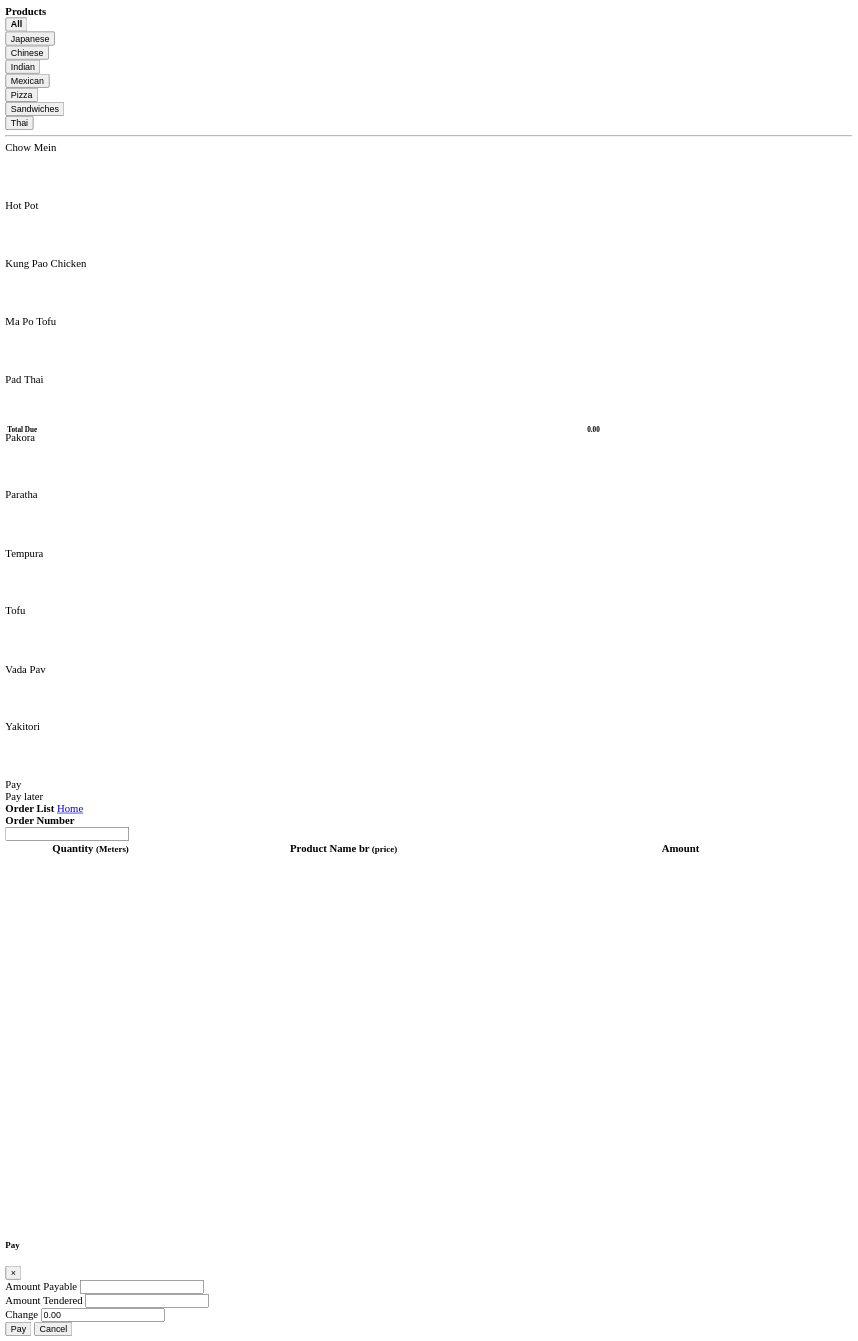
Repository: JyrossC/POS-PHP
Page: http://localhost/POS System/billing/home.php
An editor plug-in stored every save of this project. The page is shown before and after a run of saves, followed by the edit.
The browser window is 1280 px wide. The pictures show the whole page, at 67% of full size.
The page is run by PHP 8.4 with error messages shown; the project is at /var/www/html/. The database holds what the project's SQL file puts in it.

Above is the page before, as saved 2024-09-04 14:01:26.
Console error: ReferenceError: $ is not defined

### POS System/billing/home.php
<?php include '../db_connect.php' ?><!--  Orginal Author Name: Mayuri K.
 for any PHP, Codeignitor, Laravel OR Python work contact me at mayuri.infospace@gmail.com
 Visit website : www.mayurik.com -->
<style>
   span.float-right.summary_icon {
    font-size: 3rem;
    position: absolute;
    right: 1rem;
    top: 0;
}
    .bg-gradient-primary{
        background: rgb(119,172,233);
        background: linear-gradient(149deg, rgba(119,172,233,1) 5%, rgba(83,163,255,1) 10%, rgba(46,51,227,1) 41%, rgba(40,51,218,1) 61%, rgba(75,158,255,1) 93%, rgba(124,172,227,1) 98%);
    }
    .btn-primary-gradient{
        background: linear-gradient(to right, #1e85ff 0%, #00a5fa 80%, #00e2fa 100%);
    }
    .btn-danger-gradient{
        background: linear-gradient(to right, #f25858 7%, #ff7840 50%, #ff5140 105%);
    }
    main .card{
        height:calc(100%);
    }
    main .card-body{
        height:calc(100%);
        overflow: auto;
        padding: 5px;
        position: relative;
    }
    main .container-fluid, main .container-fluid>.row,main .container-fluid>.row>div{
        /*height:calc(100%);*/
    }
    #o-list{
        height: calc(87%);
        overflow: auto;
    }
    #calc{
        position: absolute;
        bottom: 1rem;
        height: calc(10%);
        width: calc(98%);
    }
    .prod-item{
        min-height: 12vh;
        cursor: pointer;
    }
    .prod-item:hover{
        opacity: .8;
    }
    .prod-item .card-body {
        display: flex;
        justify-content: center;
        align-items: center;

    }
    input[name="qty[]"]{
        width: 30px;
        text-align: center
    }
    input::-webkit-outer-spin-button,
    input::-webkit-inner-spin-button {
      -webkit-appearance: none;
      margin: 0;
    }
    #cat-list{
        /*height: calc(100%)*/
    }
    .cat-item{
        cursor: pointer;
    }
    .cat-item:hover{
        opacity: .8;
    }
</style>
<?php
if(isset($_GET['id'])):
$order = $conn->query("SELECT * FROM orders where id = {$_GET['id']}");
foreach($order->fetch_array() as $k => $v){
    $$k= $v;
}
$items = $conn->query("SELECT o.*,p.name FROM order_items o inner join products p on p.id = o.product_id where o.order_id = $id ");
endif;
?>
<div class="container-fluid o-field">
	<div class="row mt-3 ml-3 mr-3">

        <div class="col-lg-8  p-field">
            <div class="card ">
                <div class="card-header text-dark">
                    <b>Products</b>
                </div>
                <div class="card-body row" id='prod-list'>
                    <div class="col-md-12">
                      <!--    <b>Category</b> -->
                        <div class=" row justify-content-start align-items-center" id="cat-list">
                            <div class="mx-3 cat-item" data-id = 'all'>
                                <button class="btn btn-warning"><b class="text-white">All</b></button>
                            </div>
                            <?php
                            $qry = $conn->query("SELECT * FROM categories order by name asc");
                            while($row=$qry->fetch_assoc()):
                            ?>
                            <div class="mx-3 cat-item"  data-id = '<?php echo $row['id'] ?>'>
                                <button class="btn btn-success"><?php echo ucwords($row['name']) ?></button>
                            </div>
                            <?php endwhile; ?>
                        </div>

                        <hr>
                        <div class="row">
                            <?php
                            $prod = $conn->query("SELECT * FROM products where status = 1 order by name asc");
                            while($row=$prod->fetch_assoc()):
                            ?>
                            <div class="col-md-2 mb-2">
                                <div class="prod-item text-center " data-json = '<?php echo json_encode($row) ?>' data-category-id="<?php echo $row['category_id'] ?>">
                                    <!-- <img src="../assets/uploads/" class="rounded" width="100%"> -->
                                        <span>
                                            <?php echo $row['name'] ?>
                                        </span>
                                </div>
                            </div>
                        <?php endwhile; ?>
                        </div>
                    </div>
                </div>
            <div class="card-footer">
                <div class="row justify-content-center">
                    <div class="btn btn btn-sm col-sm-3 btn-success mr-2" type="button" id="pay">Pay</div>
                    <div class="btn btn btn-sm col-sm-3 btn-warning" type="button" id="save_order">Pay later</div>
                </div>
            </div>
            </div>
        </div>
          <div class="col-lg-4">
           <div class="card">
                <div class="card-header text-dark">
                    <b>Order List</b>
                <span class="float:right"><a class="btn btn-success btn-sm col-sm-3 float-right" href="../index.php" id="">
                    <i class="fa fa-home"></i> Home
                </a></span>
                </div>
               <div class="card-body">
            <form action="" id="manage-order">
                <input type="hidden" name="id" value="<?php echo isset($_GET['id']) ? $_GET['id'] : '' ?>">
                <div class="bg-white" id='o-list'>
                            <div class="d-flex w-100 bg-white mb-1">
                                <label for="" class="text-dark"><b>Order Number</b></label>
                            </div>
                            <input type="number" class="form-control-sm" name="order_number" value="<?php echo isset($order_number) ? $order_number : '' ?>" required>
                   <table class="table bg-light mb-5" >
                        <colgroup>
                            <col width="20%">
                            <col width="40%">
                            <col width="40%">
                            <col width="5%">
                        </colgroup>
                       <thead>
                           <tr>
                               <th>Quantity <small>(Meters)</small></th>
                               <th>Product Name br<small> (price)</small></th>
                               <th>Amount</th>
                               <th></th>
                           </tr>
                       </thead>
                       <tbody>
                           <?php
                                if(isset($items)):
                           while($row=$items->fetch_assoc()):
                           ?>
                           <tr>
                               <td>
                                   <div class="d-flex align-items-center justify-content-center">
                                        <span class=   " btn-minus"><b> </b></span>
                                        <input type="number" name="qty[]" id="" value="<?php echo $row['qty'] ?>">
                                        <span class="btn-plus"><b></b></span>
                                   </div>
                                </td>
                                <td>
                                    <input type="hidden" name="item_id[]" id="" value="<?php echo $row['id'] ?>">
                                    <input type="hidden" name="product_id[]" id="" value="<?php echo $row['product_id'] ?>"><?php echo ucwords($row['name']) ?>
                                    <small class="psmall"> (<?php echo number_format($row['price'],2) ?>)</small>
                                </td>
                                <td class="text-right">
                                    <input type="hidden" name="price[]" id="" value="<?php echo $row['price'] ?>">
                                    <input type="hidden" name="amount[]" id="" value="<?php echo $row['amount'] ?>">
                                    <span class="amount"><?php echo number_format($row['amount'],2) ?></span>
                                </td>
                                <td>
                                    <span class=" btn-rem"><b><i class="fa fa-trash-alt"></i></b></span>
                                </td>
                           </tr>
                           <script>
                               $(document).ready(function(){
                                 qty_func()
                                    calc()
                                    cat_func();
                               })
                           </script>
                       <?php endwhile; ?>
                       <?php endif; ?>
                       </tbody>
                   </table>
                </div>
                   <div class="d-block bg-white" id="calc">
                       <table class="" width="100%">
                           <tbody>
                                <tr>
                                   <td class="text-danger"><b><h6>Total Due</h6></b></td>
                                   <td class="text-right">
                                       <input type="hidden" name="total_amount" value="0">
                                       <input type="hidden" name="total_tendered" value="0">
                                       <span class="text-danger"><h6><b id="total_amount">0.00</b></h6></span>
                                   </td>
                               </tr>
                           </tbody>
                       </table>
                   </div>
            </form>
               </div>
           </div>
        </div>
    </div>
</div>
<div class="modal fade" id="pay_modal" role='dialog'>
    <div class="modal-dialog modal-dialog-centered modal-md" role="document">
      <div class="modal-content">
        <div class="modal-header">
        <h5 class="modal-title"><b>Pay</b></h5>
         <button type="button" class="close" data-dismiss="modal" aria-label="Close">
          <span aria-hidden="true">&times;</span>
        </button>
      </div>
      <div class="modal-body">
        <div class="container-fluid">
            <div class="form-group">
                <label for="">Amount Payable</label>
                <input type="number" class="form-control text-right" id="apayable" readonly="" value="">
            </div>
            <div class="form-group">
                <label for="">Amount Tendered</label>
                <input type="text" class="form-control text-right" id="tendered" value="" autocomplete="off">
            </div>
            <div class="form-group">
                <label for="">Change</label>
                <input type="text" class="form-control text-right" id="change" value="0.00" readonly="">
            </div>
        </div>
      </div>
      <div class="modal-footer">
        <button type="submit" class="btn btn-primary btn-sm"  form="manage-order">Pay</button>
        <button type="button" class="btn btn-secondary btn-sm" data-dismiss="modal">Cancel</button>
      </div>
      </div>
    </div>
  </div>
<script>
    var total;
    cat_func();
   $('#prod-list .prod-item').click(function(){
        var data = $(this).attr('data-json')
            data = JSON.parse(data)
        if($('#o-list tr[data-id="'+data.id+'"]').length > 0){
            var tr = $('#o-list tr[data-id="'+data.id+'"]')
            var qty = tr.find('[name="qty[]"]').val();
                qty = parseInt(qty) + 1;
                qty = tr.find('[name="qty[]"]').val(qty).trigger('change')
                calc()
            return false;
        }
        var tr = $('<tr class="o-item"></tr>')
        tr.attr('data-id',data.id)
        tr.append('<td><div class="d-flex align-items-center"><span class="btn-minus"><b></i></b></span><input type="number" name="qty[]" id="" value="1"><span class=" btn-plus"><b></b></span></div></td>')


        tr.append('<td><input type="hidden" name="item_id[]" id="" value=""><input type="hidden" name="product_id[]" id="" value="'+data.id+'">'+data.name+' <small class="psmall">('+(parseFloat(data.price).toLocaleString("en-US",{style:'decimal',minimumFractionDigits:2,maximumFractionDigits:2}))+')</small></td>')


        tr.append('<td class="text-right"><input type="hidden" name="price[]" id="" value="'+data.price+'"><input type="hidden" name="amount[]" id="" value="'+data.price+'"><span class="amount">'+(parseFloat(data.price).toLocaleString("en-US",{style:'decimal',minimumFractionDigits:2,maximumFractionDigits:2}))+'</span></td>')


        tr.append('<td><span class="btn-rem"><b><i class="fa fa-trash-alt text"></i></b></span></td>')
        $('#o-list tbody').append(tr)
        qty_func()
        calc()
        cat_func();
   })
    function qty_func(){
         $('#o-list .btn-minus').click(function(){
            var qty = $(this).siblings('input').val()
                qty = qty > 1 ? parseInt(qty) - 1 : 1;
                $(this).siblings('input').val(qty).trigger('change')
                calc()
         })
         $('#o-list .btn-plus').click(function(){
            var qty = $(this).siblings('input').val()
                qty = parseInt(qty) + 1;
                $(this).siblings('input').val(qty).trigger('change')
                calc()
         })
         $('#o-list .btn-rem').click(function(){
            $(this).closest('tr').remove()
            calc()
         })

    }
    function calc(){
         $('[name="qty[]"]').each(function(){
            $(this).change(function(){
                var tr = $(this).closest('tr');
                var qty = $(this).val();
                var price = tr.find('[name="price[]"]').val()
                var amount = parseFloat(qty) * parseFloat(price);
                    tr.find('[name="amount[]"]').val(amount)
                    tr.find('.amount').text(parseFloat(amount).toLocaleString("en-US",{style:'decimal',minimumFractionDigits:2,maximumFractionDigits:2}))

            })
         })
         var total = 0;
         $('[name="amount[]"]').each(function(){
            total = parseFloat(total) + parseFloat($(this).val())
         })
            console.log(total)
        $('[name="total_amount"]').val(total)
        $('#total_amount').text(parseFloat(total).toLocaleString("en-US",{style:'decimal',minimumFractionDigits:2,maximumFractionDigits:2}))
    }
   function cat_func(){
    $('.cat-item').click(function(){
            var id = $(this).attr('data-id')
            console.log(id)
            if(id == 'all'){
                $('.prod-item').parent().toggle(true)
            }else{
                $('.prod-item').each(function(){
                    if($(this).attr('data-category-id') == id){
                        $(this).parent().toggle(true)
                    }else{
                        $(this).parent().toggle(false)
                    }
                })
            }
    })
   }
   $('#save_order').click(function(){
    $('#tendered').val('').trigger('change')
    $('[name="total_tendered"]').val('')
    $('#manage-order').submit()
   })
   $("#pay").click(function(){
    start_load()
    var amount = $('[name="total_amount"]').val()
    if($('#o-list tbody tr').length <= 0){
        alert_toast("Please add atleast 1 product first.",'danger')
        end_load()
        return false;
    }
    $('#apayable').val(parseFloat(amount).toLocaleString("en-US",{style:'decimal',minimumFractionDigits:2,maximumFractionDigits:2}))
    $('#pay_modal').modal('show')
    setTimeout(function(){
        $('#tendered').val('').trigger('change')
        $('#tendered').focus()
        end_load()
    },500)

   })
   $('#tendered').keyup('input',function(e){
        if(e.which == 13){
            $('#manage-order').submit();
            return false;
        }
        var tend = $(this).val()
            tend =tend.replace(/,/g,'')
        $('[name="total_tendered"]').val(tend)
        if(tend == '')
            $(this).val('')
        else
            $(this).val((parseFloat(tend).toLocaleString("en-US")))
        tend = tend > 0 ? tend : 0;
        var amount=$('[name="total_amount"]').val()
        var change = parseFloat(tend) - parseFloat(amount)
        $('#change').val(parseFloat(change).toLocaleString("en-US",{style:'decimal',minimumFractionDigits:2,maximumFractionDigits:2}))
   })

    $('#tendered').on('input',function(){
        var val = $(this).val()
        val = val.replace(/[^0-9 \,]/, '');
        $(this).val(val)
    })
    $('#manage-order').submit(function(e){
        e.preventDefault();
        start_load()
        $.ajax({
            url:'../ajax.php?action=save_order',
            method:'POST',
            data:$(this).serialize(),
            success:function(resp){
                if(resp > 0){
                    if($('[name="total_tendered"]').val() > 0){
                        alert_toast("Data successfully saved.",'success')
                        setTimeout(function(){
                            var nw = window.open('../receipt.php?id='+resp,"_blank","width=900,height=600")
                            setTimeout(function(){
                                nw.print()
                                setTimeout(function(){
                                    nw.close()
                                    location.reload()
                                },500)
                            },500)
                        },500)
                    }else{
                        alert_toast("Data successfully saved.",'success')
                        setTimeout(function(){
                            location.reload()
                        },500)
                    }
                }
            }
        })
    })
</script>

### POS System/db_connect.php
<?php

$conn= new mysqli('localhost','root','','shop_pos')or die("Could not connect to mysql".mysqli_error($con));

?>

### database/pos.sql (the tables this page reads)
CREATE TABLE `categories` (
  `id` int(30) NOT NULL,
  `name` varchar(200) NOT NULL,
  `description` text NOT NULL
) ENGINE=InnoDB DEFAULT CHARSET=utf8mb4;

INSERT INTO `categories` (`id`, `name`, `description`) VALUES
(1, 'Chinese', 'Chinese Items'),
(2, 'Mexican', 'Mexican Items'),
(3, 'Pizza', 'Pizza Items'),
(4, 'Indian', 'Indian items'),
(5, 'Sandwiches', 'Sandwiches Types'),
(6, ' Japanese', ' Japanese Items'),
(9, 'Thai', 'Thai Items');

ALTER TABLE `categories`
  ADD PRIMARY KEY (`id`);

ALTER TABLE `categories`
  MODIFY `id` int(30) NOT NULL AUTO_INCREMENT, AUTO_INCREMENT=10;

CREATE TABLE `products` (
  `id` int(30) NOT NULL,
  `category_id` int(30) NOT NULL,
  `name` varchar(200) NOT NULL,
  `description` text NOT NULL,
  `price` float NOT NULL,
  `status` tinyint(1) NOT NULL DEFAULT 1 COMMENT '0=Unavailable,1=Available'
) ENGINE=InnoDB DEFAULT CHARSET=utf8mb4;

INSERT INTO `products` (`id`, `category_id`, `name`, `description`, `price`, `status`) VALUES
(1, 1, 'Chow Mein', 'Chow mein is a Chinese dish made from stir-fried noodles with vegetables and sometimes meat', 300, 1),
(2, 1, 'Hot Pot', 'a communal meal that involves a pot filled with broth constantly simmered by a heat source underneath', 352, 1),
(3, 1, 'Kung Pao Chicken', 'Kung Pao chicken, also transcribed Gong Bao or Kung Po, is a spicy, stir-fried Chinese dish made with cubes of chicken, peanuts, vegetables, and chili peppers.', 520, 1),
(4, 1, 'Ma Po Tofu', 'Mapo tofu is a popular Chinese dish from Sichuan province. ', 450, 1),
(5, 6, 'Tofu', 'The Japanese eat it alone, as if it were meat or cheese. Another popular way of eating tofu is to serve it fried.', 452, 1),
(6, 6, 'Tempura', 'A simple and traditional tempura batter is typically made of ice water, flour, and egg yolks.', 443, 1),
(7, 6, 'Yakitori', 'This type is usually served with a sweet tare sauce, and depending on the region, it can also come with raw egg yolk for dipping.', 452, 1),
(8, 4, 'Pakora', 'Pakoras are made by coating ingredients, usually vegetables, in a spiced batter, then deep frying them. ', 452, 1),
(9, 4, 'Vada Pav', 'Vada pav, alternatively spelt wada pao, is a vegetarian fast food dish native to the Indian state of Maharashtra. ', 50, 1),
(10, 4, 'Paratha', 'Paratha is a flatbread native to South Asia, prevalent throughout the modern-day nations of India, Sri Lanka, Pakistan, Nepal, Bangladesh, Maldives, Afghanistan, Myanmar, Malaysia, Singapore, Mauritius, Fiji, Guyana, Suriname, and Trinidad and Tobago where wheat is the traditional staple.', 80, 1),
(11, 9, 'Pad Thai', 'Pad thai, phat thai, or phad thai, is a stir-fried rice noodle dish commonly served as a street food in Thailand as part of the countrys cuisine.', 452, 1);

ALTER TABLE `products`
  ADD PRIMARY KEY (`id`);

ALTER TABLE `products`
  MODIFY `id` int(30) NOT NULL AUTO_INCREMENT, AUTO_INCREMENT=12;

After the next 2 saves:
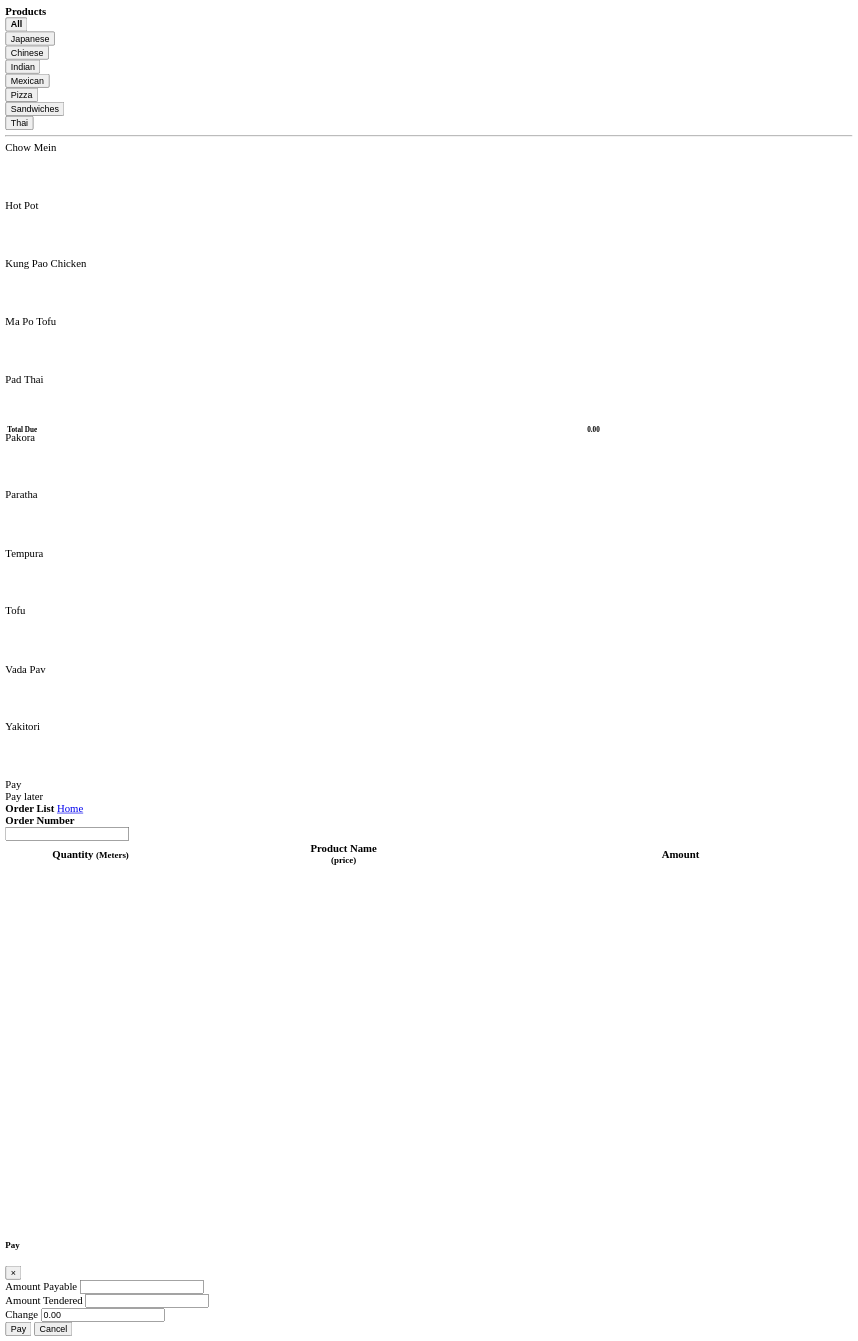
The 2 saves are shown as one change because they came seconds apart.
The last was saved 8 s later.
--- a/POS System/billing/home.php
+++ b/POS System/billing/home.php
@@ -158,7 +158,7 @@ endif;
                        <thead>
                            <tr>
                                <th>Quantity <small>(Meters)</small></th>
-                               <th>Product Name br<small> (price)</small></th>
+                               <th>Product Name <br><small> (price)</small></th>
                                <th>Amount</th>
                                <th></th>
                            </tr>
